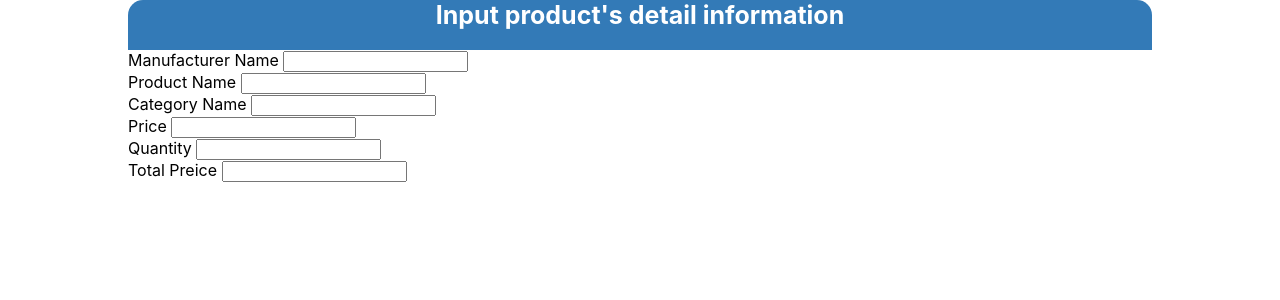
Repository: AnhDuc0125/HTML-Aptech
Page: bt2019/index.html
The author's editor kept a copy of each file at every save. The page is drawn from the files as they stood at one save, then again after the next save.
The browser window is 1280 px wide. The pictures show the whole page.

Above is the page before, as saved 2021-11-29 20:34:05.

After the next save:
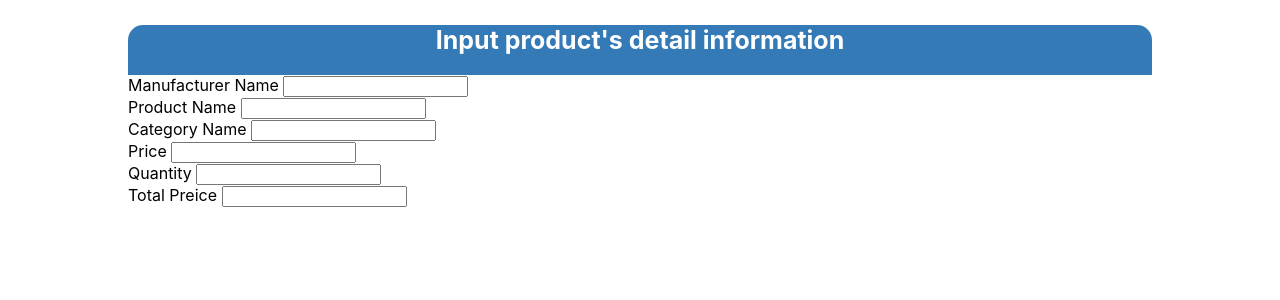
Saved 14 s later.
--- a/bt2019/style.css
+++ b/bt2019/style.css
@@ -13,7 +13,3 @@ body {
     border-radius: 15px 15px 0 0;
     font-size: 25px;
 }
-
-.header p {
-    margin: auto 0;
-}

After the save that followed:
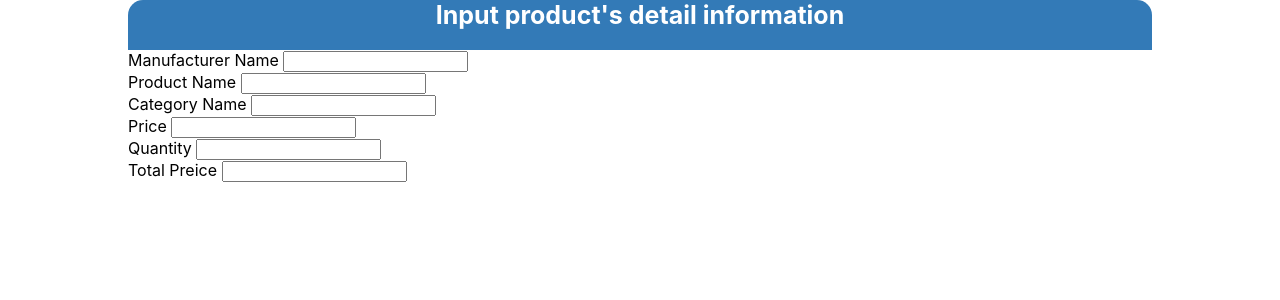
Saved 25 s later.
--- a/bt2019/index.html
+++ b/bt2019/index.html
@@ -11,7 +11,7 @@
 <body>
     <div class="table-input">
         <div class="header">
-            <p>Input product's detail information</p>
+            Input product's detail information
         </div>
         <div class="input-form">
             <form>
